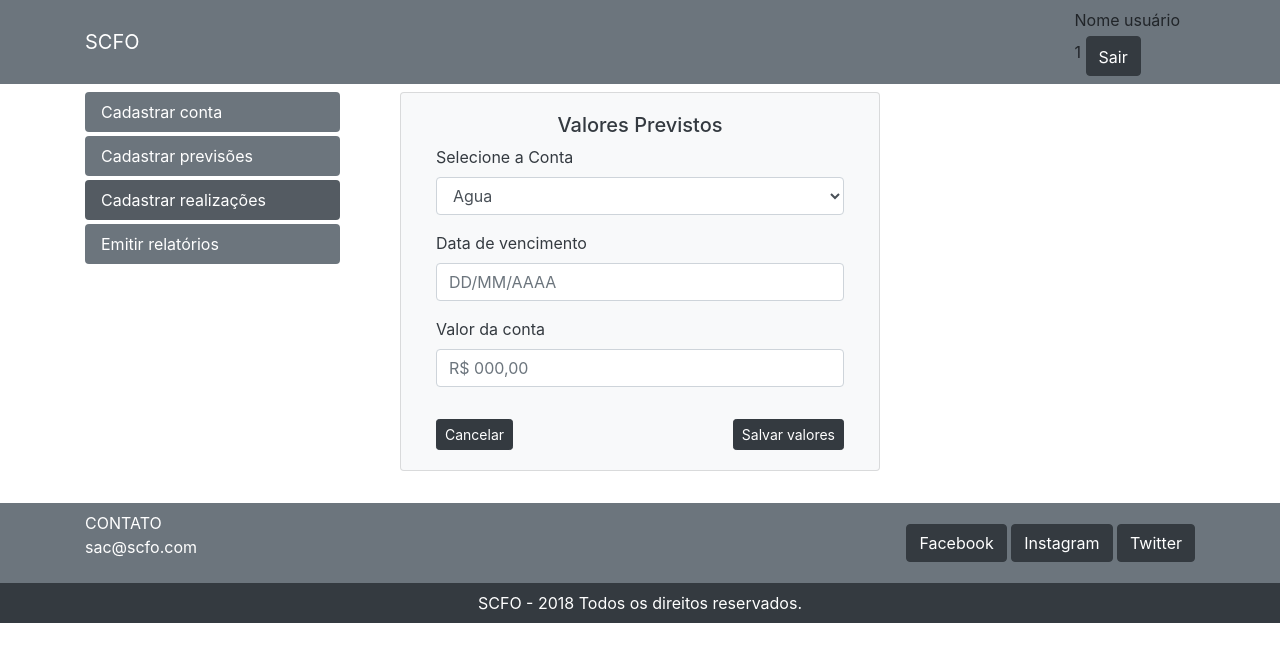
Repository: MaickSilva/scfoheroku
Page: http://localhost/inserirValores.php
The author's editor kept a record of every edit. The page is drawn from the files as they stood at one moment, then again after the next edit.
The browser window is 1280 px wide. The pictures show the whole page.
Some web libraries are served in a nearby version. The page is run by PHP 8.4 with error messages shown; the project is at /var/www/html/. The session is filled in as if someone had signed in: {"UsuarioLog": true, "cpf": 1, "senha": 1}. Other server files are loaded and not shown.

Above is the page before.

### workspace/inserirValores.php
<?php include "header.php" ?>
<?php
    session_start();
    if(!isset($_SESSION['UsuarioLog'])){
        header("Location: index.php");
        session_destroy();
    }

    if(isset($_GET['logout'])){
        session_destroy();
        header("Location: index.php");
    }
?>
    <nav class="navbar navbar-expand-md navbar-dark bg-secondary ">
        <div class="container">

            <a class="navbar-brand " href="logado.php">SCFO</a>


            <ul class="navbar-nav float-right">
                <div class="container">
                    <div class="row">
                        <div class="col-12 col-sm-12 col-md-12 col-lg-12">
                            <p class="mb-0">Nome usuário</p>
                            <?php
                                echo " ".$_SESSION['cpf']
                            ?>
                        <a href="?logout">
                            <button type="button" class="btn btn-dark mt-1 pt-2 ">Sair</button>
                        </a>
                        </div>
                    </div>
                </div>
            </ul>

        </div>
    </nav>

    <div class="container mb-3">
        <div class="row">
            <div class="col-12 col-sm-12 col-md-4 col-lg-3">
                <div class="nav flex-column nav-pills mt-2" id="v-pills-tab" role="tablist" aria-orientation="vertical">
                    <a href="cadastrarConta.php" class="nav-link btn-secondary" id="cadastroConta" role="tab" aria-controls="v-pills-home" aria-selected="false">Cadastrar conta</a>
                    <a class="nav-link btn-secondary mt-1" id="v-pills-profile-tab" data-toggle="pill" href="#v-pills-profile" role="tab" aria-controls="v-pills-profile" aria-selected="false">Cadastrar previsões</a>
                    <a href="inserirValores.php" class="nav-link btn-secondary mt-1 active" id="inserirValores" role="tab" aria-controls="v-pills-valores" aria-selected="tru">Cadastrar realizações</a>
                    <a class="nav-link btn-secondary mt-1" id="v-pills-settings-tab" data-toggle="pill" href="#v-pills-settings" role="tab" aria-controls="v-pills-settings" aria-selected="false">Emitir relatórios</a>
                </div>
            </div>
            <div class="col-12 col-sm-12 col-md-8 col-lg-6">
                <div class="card text-white bg-light mb-3 mt-2 mx-auto" style="max-width: 30rem;">
                    <div class="card-body">
                        <div class="container ">
                            <form class="mx-auto text-dark " style="width: auto;" "card-text">
                                <div class="container text-center">
                                    <h5>Valores Previstos</h5>
                                </div>

                                <div class="form-group">
                                    <label for="tipoConta">Selecione a Conta</label>
                                    <select class="form-control">
                                        <option>Agua</option>
                                        <option>Luz</option>
                                        <option>Internet</option>
                                        <option>Gás</option>
                                    </select>
                                </div>

                                <div class="form-group">
                                    <label for="exampleInputCpf">Data de vencimento</label>
                                    <input type="text" class="form-control" id="datavencimento" placeholder="DD/MM/AAAA" name="dataVencimento" OnKeyPress="formatar('##/##/##', this)" maxlength="10">
                                </div>

                               <div class="form-group">
                                    <label for="exampleInputCpf">Valor da conta</label>
                                    <input type="text" class="form-control" id="valorconta" placeholder="R$ 000,00" name="dataVencimento">
                                </div>

                                <button type="submit" class="btn btn-dark float-right mt-3 btn-sm col-">Salvar valores</button>
                                <a href="logado.php">
                                    <button type="button" class="btn btn-dark mt-3 btn-sm col-">Cancelar</button>
                                </a>

                            </form>
                        </div>
                    </div>
                </div>
            </div>
        </div>
    </div>


<?php include "footer.php" ?>

</body>

### workspace/header.php
<!DOCTYPE html>
<html lang="pt-br">

<head>
    <meta charset="utf-8">
    <meta http-equiv="X-UA-Compatible" content="IE=edge">
    <meta name="viewport" content="width=device-width, initial-scale=1">
    <title>Sistema de Controle Financeiro Orçamentário</title>

    <!-- Bootstrap CSS-->
    <link rel="stylesheet" href="css/bootstrap.min.css">
    <link rel="stylesheet" href="css/style.css">

    <link rel="stylesheet" href="https://use.fontawesome.com/releases/v5.0.12/css/all.css" integrity="sha384-G0fIWCsCzJIMAVNQPfjH08cyYaUtMwjJwqiRKxxE/rx96Uroj1BtIQ6MLJuheaO9" crossorigin="anonymous">

    <!-- Formatação de textos -->
    <script>
        function formatar(mascara, documento){
          var i = documento.value.length;
          var saida = mascara.substring(0,1);
          var texto = mascara.substring(i)

          if (texto.substring(0,1) != saida){
                    documento.value += texto.substring(0,1);
          }

        }
    </script>
</head>

<body>

### workspace/footer.php


    <footer class="container-fluid navbar navbar-expand-md navbar-dark bg-secondary">
        <div class="container text-white">
            <p>CONTATO<br>
            <span>sac@scfo.com</span></p>

          <nav class="float-right">
              <span>
                  <button class="btn btn-dark">Facebook</button>
                  <button class="btn btn-dark">Instagram</button>
                  <button class="btn btn-dark">Twitter</button>
              </span>
          </nav>
        </div>
    </footer>

    <div class="container-fluid bg-dark text-center text-white p-2">SCFO - 2018 Todos os direitos reservados.</div>

  <script src="js/jquery-3.3.1.slim.min.js"></script>
  <script src="js/popper.min.js"></script>
  <script src="js/bootstrap.min.js"></script>

### workspace/navbarLogado.php
<nav class="navbar navbar-expand-md navbar-dark bg-secondary ">
    <div class="container">
        <a class="navbar-brand " href="logado.php">SCFO</a>
        <form class="form-inline">
            <ul class="list-unstyled text-white text-center ml-2 mr-2 pt-2">
                <li>
                    <p class="mb-0 ">Nome usuário</p>
                </li>
                <li>
                    <?php
                    echo " ".$_SESSION['cpf']
                    ?>

                </li>
            </ul>
            <button type="button" class="btn btn-dark">Sair</button>
        </form>
    </div>
</nav>

Loaded but not shown: workspace/css/bootstrap.min.css (library); workspace/js/jquery-3.3.1.slim.min.js (library); workspace/js/popper.min.js (library); workspace/js/bootstrap.min.js (library); workspace/css/style.css (no stored copy; drawn as an empty file)

After the next edit:
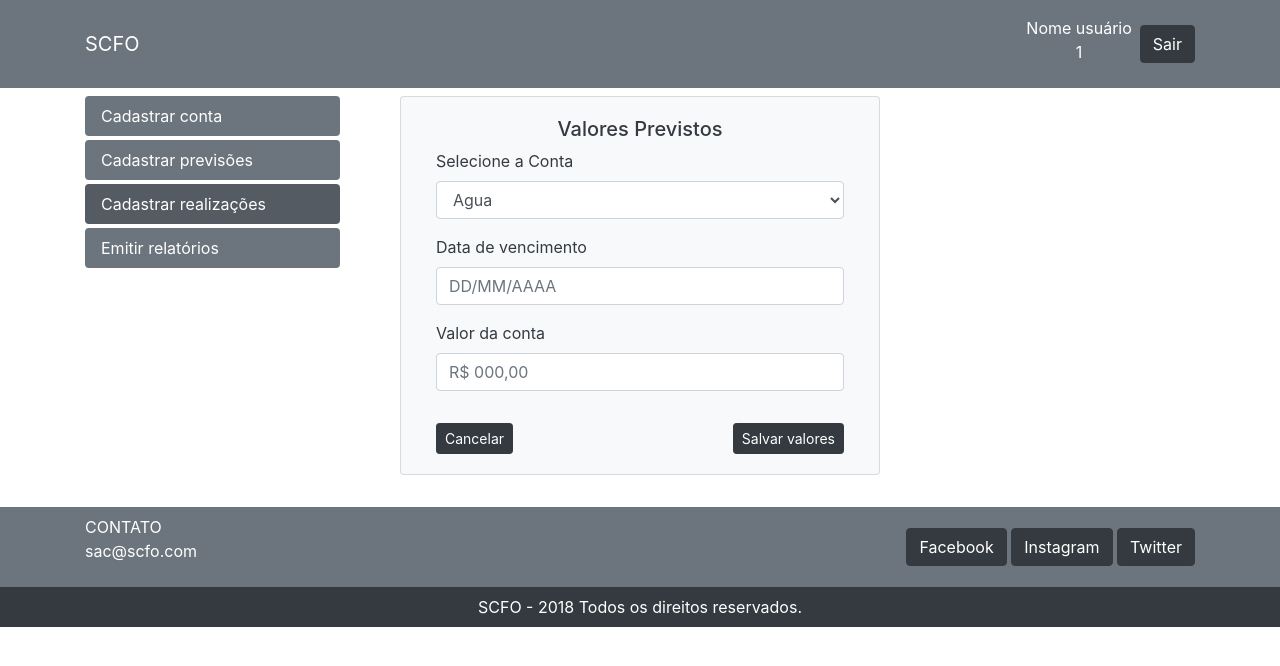
The edit:
--- a/workspace/inserirValores.php
+++ b/workspace/inserirValores.php
@@ -11,30 +11,7 @@
         header("Location: index.php");
     }
 ?>
-    <nav class="navbar navbar-expand-md navbar-dark bg-secondary ">
-        <div class="container">
-
-            <a class="navbar-brand " href="logado.php">SCFO</a>
-
-
-            <ul class="navbar-nav float-right">
-                <div class="container">
-                    <div class="row">
-                        <div class="col-12 col-sm-12 col-md-12 col-lg-12">
-                            <p class="mb-0">Nome usuário</p>
-                            <?php
-                                echo " ".$_SESSION['cpf']
-                            ?>
-                        <a href="?logout">
-                            <button type="button" class="btn btn-dark mt-1 pt-2 ">Sair</button>
-                        </a>
-                        </div>
-                    </div>
-                </div>
-            </ul>
-
-        </div>
-    </nav>
+    <?php include "navbarLogado.php" ?>
 
     <div class="container mb-3">
         <div class="row">
